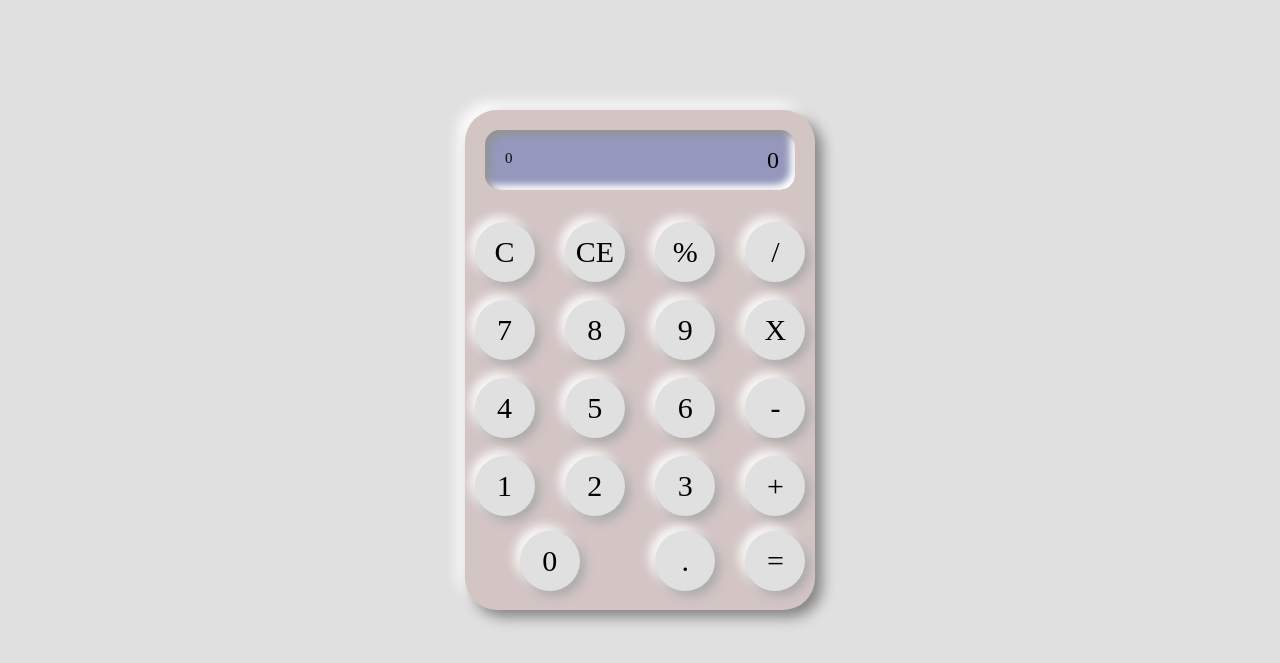
Repository: Goldmyn/Calculator
Page: index.html
These files come from the project's save history. The page is drawn as it stood at one moment and after a run of saves; the edit follows.
The browser window is 1280 px wide. The pictures show the whole page.

Above is the page before, as saved 2022-09-28 02:32:26.

### index.html
<!DOCTYPE html>
<html lang="en">
<head>
    <meta charset="UTF-8">
    <meta http-equiv="X-UA-Compatible" content="IE=edge">
    <meta name="viewport" content="width=device-width, initial-scale=1.0">
    <title>Calculator</title>
    <link rel="stylesheet" href="index.css">
</head>
<body>
    <header>

    </header>

    <section>
        <div class="container">
            <div class="calculator">
                <div class="display">
                    <div class="display_a">0</div>
                    <div class="border"> <div class="display-2">0</div> </div>
                </div>
                <div class="all_buttons">
                    <div class="button all_clear">C</div>
                    <div class="button last_entity_clear">CE</div>
                    <div class="button operation">%</div>
                    <div class="button operation">/</div>
                    <div class="button number">7</div>
                    <div class="button number">8</div>
                    <div class="button number">9</div>
                    <div class="button operation">X</div>
                    <div class="button number">4</div>
                    <div class="button number">5</div>
                    <div class="button number">6</div>
                    <div class="button operation">-</div>
                    <div class="button number">1</div>
                    <div class="button number">2</div>
                    <div class="button number">3</div>
                    <div class="button operation">+</div>
                    <div class="button btn-0 number">0</div>
                    <div class="button number dot">.</div>
                    <div class="button equal">=</div>
                </div>
            </div>
        </div>
    </section>
</body>
</html>

### index.css
* {
    padding: 0;
    margin: 0;
    box-sizing: border-box;
}
html {
    font-family: 'Gill Sans', 'Gill Sans MT', Calibri, 'Trebuchet MS', sans-serif';
}

section {
    background-color: #e0e0e0;
    min-height: 100vh;
    width: 100%;
    display: flex;
    align-items: center;
    justify-content: center;
}

.container {
    background-color: #e0e0e0;
    width: 90%;
    height: 500px;
    max-width: 350px;
    border-radius: 32px;
    background: #d4c5c5;
    box-shadow: 7px 7px 14px #828282, -7px -7px 14px #ffffff;
    overflow: hidden;
}

.display {
    height: 100px;
    width: 100%;
    text-align: right;
    padding: 20px;
    font-size: 30px;
    position: relative;
}

.display_a  {
    opacity: 0.9;
    font-size: 15px;
    height: 20px;
    overflow: hidden;
    position: absolute;
    bottom: 40px;
    left: 40px;
}

.border {
    background-color: aqua;
    height: 60px;
    width: 100%;
    padding-right: 1rem;
    display: flex;
    align-items: center;
    justify-content: flex-end;
    border-radius: 15px;
    background: #9597bd;
    font-size: 24px;
    box-shadow: inset 5px 5px 7px #949494 , inset -5px -5px 7px #ffffff;
}

.all_buttons {
    color: rgb(0, 0, 0);
    display: grid;
    grid-template:
        repeat(4, minmax(67px, 1fr))
        / repeat(4, minmax(50px, 1fr));
    gap: 0.7rem;
    transform: translateY(0.5rem);
    place-items: center;
}

.button {
    display: inline-block;
    height: 60px;
    width: 60px;
    display: flex;
    align-items: center;
    justify-content: center;
    font-size: 30px;
    cursor: pointer;
    border-radius: 100px;
    background: #e0e0e0;
    box-shadow: 5px 5px 11px #aaaaaa ,  -5px -5px 11px #ffffff;
}

.button:hover {
    background-color: rgb(30, 43, 46);
    color: white;
}

.btn-0 {
    grid-column: 1/3;
}

After the next 2 saves:
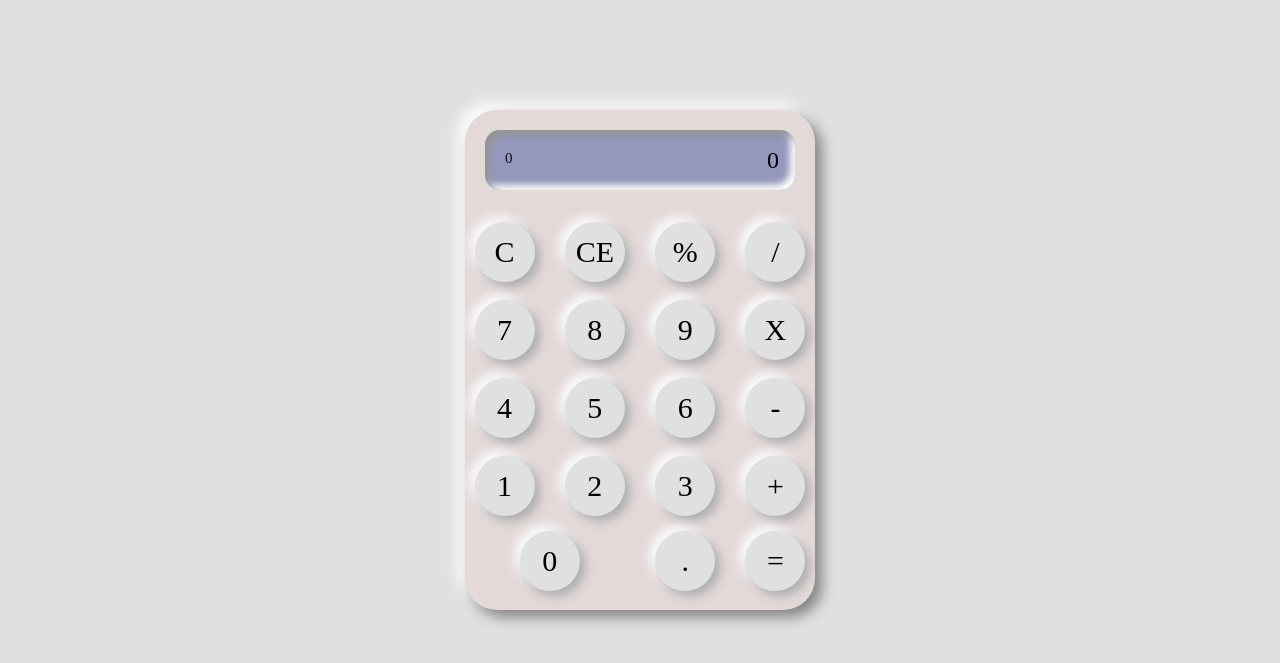
The 2 saves are shown as one change because they came seconds apart.
The last was saved 6 s later.
--- a/index.css
+++ b/index.css
@@ -22,7 +22,7 @@ section {
     height: 500px;
     max-width: 350px;
     border-radius: 32px;
-    background: #d4c5c5;
+    background: #e4d9d9;
     box-shadow: 7px 7px 14px #828282, -7px -7px 14px #ffffff;
     overflow: hidden;
 }
